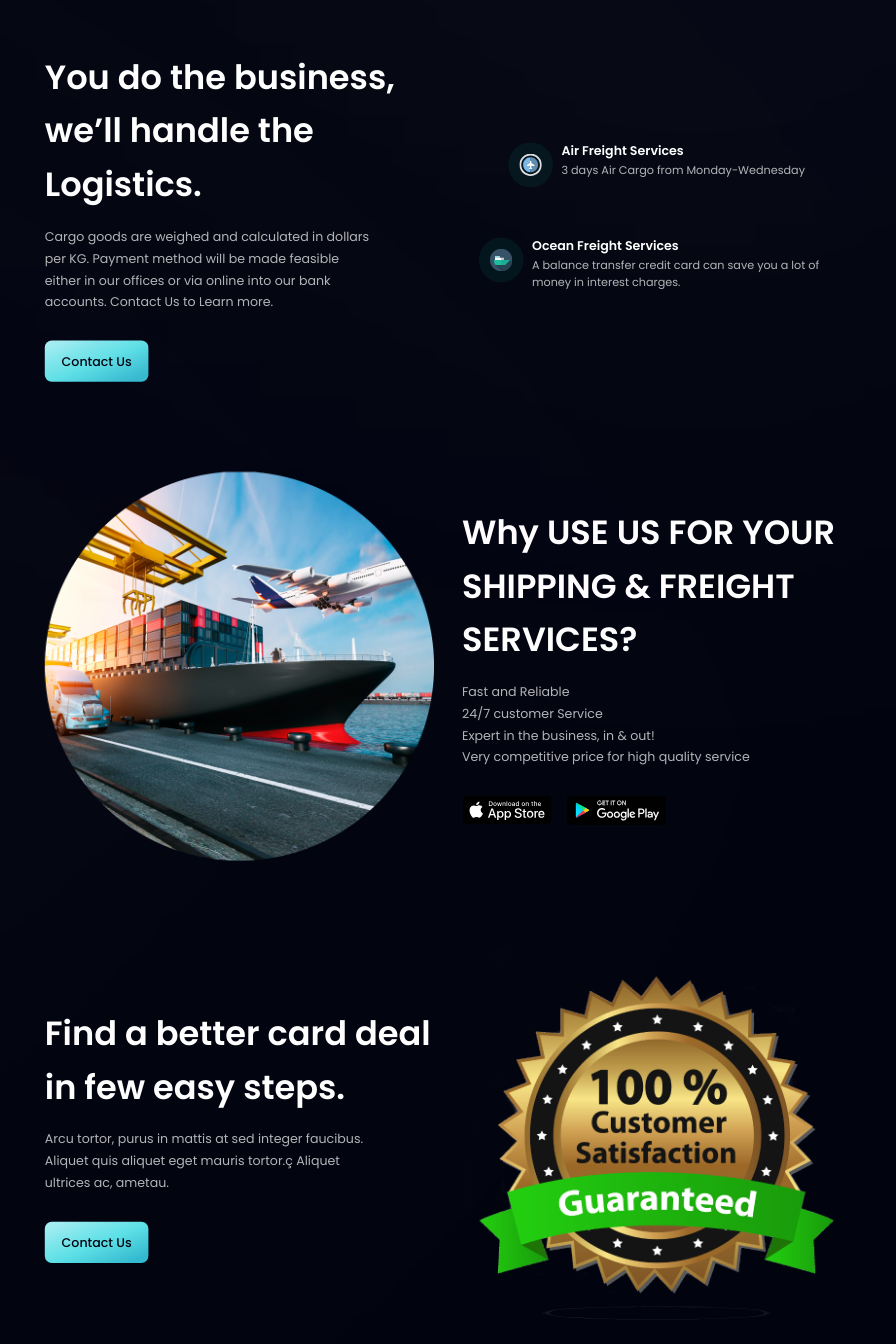
Repository: Miracleoluebube/captionlogistics
Page: /
An editor plug-in stored every save of this project. The page is shown before and after the next save, followed by the edit.
The browser window is 1280 px wide. The pictures show the part of the page from y = 1318 to 3238 px (the page is 5409 px tall), at 70% of full size.
The project was rebuilt for these pictures with package versions that can differ from the ones it lists, and the page was loaded fresh each time. Also part of the build but not shown: vite.config.js.

Above is the page before, as saved 2022-10-02 17:41:43.

### src/index.css
/* :root {
  font-family: Inter, Avenir, Helvetica, Arial, sans-serif;
  font-size: 16px;
  line-height: 24px;
  font-weight: 400;

  color-scheme: light dark;
  color: rgba(255, 255, 255, 0.87);
  background-color: #242424;

  font-synthesis: none;
  text-rendering: optimizeLegibility;
  -webkit-font-smoothing: antialiased;
  -moz-osx-font-smoothing: grayscale;
  -webkit-text-size-adjust: 100%;
}

a {
  font-weight: 500;
  color: #646cff;
  text-decoration: inherit;
}
a:hover {
  color: #535bf2;
}

body {
  margin: 0;
  display: flex;
  place-items: center;
  min-width: 320px;
  min-height: 100vh;
}

h1 {
  font-size: 3.2em;
  line-height: 1.1;
}

button {
  border-radius: 8px;
  border: 1px solid transparent;
  padding: 0.6em 1.2em;
  font-size: 1em;
  font-weight: 500;
  font-family: inherit;
  background-color: #1a1a1a;
  cursor: pointer;
  transition: border-color 0.25s;
}
button:hover {
  border-color: #646cff;
}
button:focus,
button:focus-visible {
  outline: 4px auto -webkit-focus-ring-color;
}
*/

@import url("https://fonts.googleapis.com/css2?family=Poppins:wght@400;500;600;700;800;900&display=swap");

@tailwind base;
@tailwind components;
@tailwind utilities;

:root {
  --black-gradient: linear-gradient(
    144.39deg,
    #ffffff -278.56%,
    #6d6d6d -78.47%,
    #11101d 91.61%
  );
  --card-shadow: 0px 20px 100px -10px rgba(66, 71, 91, 0.1);
}

* {
  scroll-behavior: smooth;
}

.text-gradient {
  background: radial-gradient(
    64.18% 64.18% at 71.16% 35.69%,
    #def9fa 0.89%,
    #bef3f5 17.23%,
    #9dedf0 42.04%,
    #7de7eb 55.12%,
    #5ce1e6 71.54%,
    #33bbcf 100%
  );
  -webkit-background-clip: text;
  -webkit-text-fill-color: transparent;
  background-clip: text;
  text-fill-color: transparent;
}

.bg-blue-gradient {
  background: linear-gradient(
    157.81deg,
    #def9fa -43.27%,
    #bef3f5 -21.24%,
    #9dedf0 12.19%,
    #7de7eb 29.82%,
    #5ce1e6 51.94%,
    #33bbcf 90.29%
  );
}

.bg-black-gradient {
  background: linear-gradient(
    144.39deg,
    #ffffff -278.56%,
    #6d6d6d -78.47%,
    #11101d 91.61%
  );
}

.bg-black-gradient-2 {
  background: linear-gradient(
    -168.39deg,
    #ffffff -278.56%,
    #6d6d6d -78.47%,
    #11101d 91.61%
  );
}

.bg-gray-gradient {
  background: linear-gradient(
    153.47deg,
    rgba(255, 255, 255, 0) -341.94%,
    #14101d 95.11%
  );
}

.bg-discount-gradient {
  background: linear-gradient(125.17deg, #272727 0%, #11101d 100%);
}

.box-shadow {
  box-shadow: 0px 20px 100px -10px rgba(66, 71, 91, 0.1);
}

.sidebar {
  -webkit-animation: slide-top 0.5s cubic-bezier(0.25, 0.46, 0.45, 0.94) both;
  animation: slide-top 0.5s cubic-bezier(0.25, 0.46, 0.45, 0.94) both;
}

@-webkit-keyframes slide-top {
  0% {
    -webkit-transform: translateY(100px);
    transform: translateY(100px);
  }
  100% {
    -webkit-transform: translateY(0);
    transform: translateY(0);
  }
}

@keyframes slide-top {
  0% {
    -webkit-transform: translateY(100px);
    transform: translateY(100px);
  }
  100% {
    -webkit-transform: translateY(0);
    transform: translateY(0);
  }
}

.feature-card:hover {
  background: var(--black-gradient);
  box-shadow: var(--card-shadow);
}

.feedback-container .feedback-card:last-child {
  margin-right: 0px;
}

.feedback-card {
  background: transparent;
}

.feedback-card:hover {
  background: var(--black-gradient);
}

.blue__gradient {
  background: linear-gradient(180deg, rgba(188, 165, 255, 0) 0%, #214d76 100%);
  filter: blur(123px);
}

.pink__gradient {
  background: linear-gradient(90deg, #f4c4f3 0%, #fc67fa 100%);
  filter: blur(900px);
}

.white__gradient {
  background: rgba(255, 255, 255, 0.6);
  filter: blur(750px);
}


@media (prefers-color-scheme: light) {
  :root {
    color: #213547;
    background-color: #ffffff;
  }
  a:hover {
    color: #747bff;
  }
  button {
    background-color: #f9f9f9;
  }
}

### src/style.js
const styles = {
  boxWidth: "xl:max-w-[1280px] w-full",

  heading2: "font-poppins font-semibold xs:text-[48px] text-[40px] text-white xs:leading-[76.8px] leading-[66.8px] w-full",
  paragraph: "font-poppins font-normal text-dimWhite text-[18px] leading-[30.8px]",

  flexCenter: "flex justify-center items-center",
  flexStart: "flex justify-center items-start",

  paddingX: "sm:px-16 px-6",
  paddingY: "sm:py-16 py-6",
  padding: "sm:px-16 px-6 sm:py-12 py-4",

  marginX: "sm:mx-16 mx-6",
  marginY: "sm:my-16 my-6",
};

export const layout = {
  section: `flex md:flex-row flex-col ${styles.paddingY}`,
  sectionReverse: `flex md:flex-row flex-col-reverse ${styles.paddingY}`,

  sectionImgReverse: `flex-1 flex ${styles.flexCenter} md:mr-10 mr-0 md:mt-0 mt-10 relative`,
  sectionImg: `flex-1 flex ${styles.flexCenter} md:ml-10 ml-0 md:mt-0 mt-10 relative`,

  sectionInfo: `flex-1 ${styles.flexStart} flex-col`,
};

export default styles;

### src/components/Navbar.jsx
import { useState } from "react";

import { close, logo, menu } from "../assets";
import { navLinks } from "../constants";

const Navbar = () => {
  const [active, setActive] = useState("Home");
  const [toggle, setToggle] = useState(false);

  return (
    <nav className="w-full flex py-6 justify-between items-center navbar">
      <img src={logo} alt="hoobank" className="w-[124px] h-[32px]" />

      <ul className="list-none sm:flex hidden justify-end items-center flex-1">
        {navLinks.map((nav, index) => (
          <li
            key={nav.id}
            className={`font-poppins font-normal cursor-pointer text-[16px] ${
              active === nav.title ? "text-white" : "text-dimWhite"
            } ${index === navLinks.length - 1 ? "mr-0" : "mr-10"}`}
            onClick={() => setActive(nav.title)}
          >
            <a href={`#${nav.id}`}>{nav.title}</a>
          </li>
        ))}
      </ul>

      <div className="sm:hidden flex flex-1 justify-end items-center">
        <img
          src={toggle ? close : menu}
          alt="menu"
          className="w-[28px] h-[28px] object-contain"
          onClick={() => setToggle(!toggle)}
        />

        <div
          className={`${
            !toggle ? "hidden" : "flex"
          } p-6 bg-black-gradient absolute top-20 right-0 mx-4 my-2 min-w-[140px] rounded-xl sidebar`}
        >
          <ul className="list-none flex justify-end items-start flex-1 flex-col">
            {navLinks.map((nav, index) => (
              <li
                key={nav.id}
                className={`font-poppins font-medium cursor-pointer text-[16px] ${
                  active === nav.title ? "text-white" : "text-dimWhite"
                } ${index === navLinks.length - 1 ? "mb-0" : "mb-4"}`}
                onClick={() => setActive(nav.title)}
              >
                <a href={`#${nav.id}`}>{nav.title}</a>
              </li>
            ))}
          </ul>
        </div>
      </div>
    </nav>
  );
};

export default Navbar;

### src/components/Billing.jsx
import { apple, bill, google } from "../assets";
import styles, { layout } from "../style";

const Billing = () => (
  <section id="product" className={layout.sectionReverse}>
    <div className={layout.sectionImgReverse}>
      <img src={bill} alt="billing" className="w-[100%] h-[100%] relative z-[5]" />

      {/* gradient start */}
      <div className="absolute z-[3] -left-1/2 top-0 w-[50%] h-[50%] rounded-full white__gradient" />
      <div className="absolute z-[0] w-[50%] h-[50%] -left-1/2 bottom-0 rounded-full pink__gradient" />
      {/* gradient end */}
    </div>

    <div className={layout.sectionInfo}>
      <h2 className={styles.heading2}>
        Why USE US FOR YOUR  <br className="sm:block hidden" /> SHIPPING &
        FREIGHT SERVICES?

      </h2>
      <p  className={`${styles.paragraph} max-w-[470px] mt-5`}>
      <ol>
  <li>Fast and Reliable</li>
  <li>24/7 customer Service</li>
  <li>Expert in the business, in & out!</li>
  <li>Very competitive price for high quality service</li>
  <li></li>
</ol>
      </p>

      <div className="flex flex-row flex-wrap sm:mt-10 mt-6">
        <img src={apple} alt="google_play" className="w-[128.86px] h-[42.05px] object-contain mr-5 cursor-pointer" />
        <img src={google} alt="google_play" className="w-[144.17px] h-[43.08px] object-contain cursor-pointer" />
      </div>
    </div>
  </section>
);

export default Billing;

### src/components/CardDeal.jsx
import { card } from "../assets";
import styles, { layout } from "../style";
import Button from "./Button";

const CardDeal = () => (
  <section id="contact Us" className={layout.section}>
    <div className={layout.sectionInfo}>
      <h2 className={styles.heading2}>
        Find a better card deal <br className="sm:block hidden" /> in few easy
        steps.
      </h2>
      <p className={`${styles.paragraph} max-w-[470px] mt-5`}>
        Arcu tortor, purus in mattis at sed integer faucibus. Aliquet quis
        aliquet eget mauris tortor.ç Aliquet ultrices ac, ametau.
      </p>

      <Button styles={`mt-10`} />
    </div>

    <div className={layout.sectionImg}>
      <img src={card} alt="billing" className="w-[100%] h-[100%]" />
    </div>
  </section>
);

export default CardDeal;

### src/components/Business.jsx
import { features } from "../constants";
import styles, { layout } from "../style";
import Button from "./Button";

const FeatureCard = ({ icon, title, content, index }) => (
  <div className={`flex flex-row p-6 rounded-[20px] ${index !== features.length - 1 ? "mb-6" : "mb-0"} feature-card`}>
    <div className={`w-[64px] h-[64px] rounded-full ${styles.flexCenter} bg-dimBlue`}>
      <img src={icon} alt="star" className="w-[50%] h-[50%] object-contain" />
    </div>
    <div className="flex-1 flex flex-col ml-3">
      <h4 className="font-poppins font-semibold text-white text-[18px] leading-[23.4px] mb-1">
        {title}
      </h4>
      <p className="font-poppins font-normal text-dimWhite text-[16px] leading-[24px]">
        {content}
      </p>
    </div>
  </div>
);

const Business = () =>  (
  <section id="features" className={layout.section}>
    <div className={layout.sectionInfo}>
      <h2 className={styles.heading2}>
        You do the business, <br className="sm:block hidden" /> we’ll handle
        the Logistics.
      </h2>
      <p className={`${styles.paragraph} max-w-[470px] mt-5`}>
        Cargo goods are weighed and calculated in dollars per KG.
      Payment method will be made feasible either in our offices or via online
      into our bank accounts.
      Contact Us to Learn more.
      </p>

      <Button styles={`mt-10`} />
    </div>

    <div className={`${layout.sectionImg} flex-col`}>
      {features.map((feature, index) => (
        <FeatureCard key={feature.id} {...feature} index={index} />
      ))}
    </div>
  </section>
);

export default Business;

### src/components/CTA.jsx
import styles from "../style";
import Button from "./Button";

const CTA = () => (
  <section className={`${styles.flexCenter} ${styles.marginY} ${styles.padding} sm:flex-row flex-col bg-black-gradient-2 rounded-[20px] box-shadow`}>
    <div className="flex-1 flex flex-col">
      <h2 className={styles.heading2}>Let’s try our service now!</h2>
      <p className={`${styles.paragraph} max-w-[470px] mt-5`}>
        Everything you need to accept card payments and grow your business
        anywhere on the planet.
      </p>
    </div>

    <div  className={`${styles.flexCenter} sm:ml-10 ml-0 sm:mt-0 mt-10`}>
      <Button />
    </div>
  </section>
);

export default CTA;

### src/components/Stats.jsx
import { stats } from "../constants";
import styles from "../style";

const Stats = () => (
  <section className={`${styles.flexCenter} flex-row flex-wrap sm:mb-20 mb-6`}>
    {stats.map((stat) => (
      <div key={stat.id} className={`flex-1 flex justify-start items-center flex-row m-3`} >
        <h4 className="font-poppins font-semibold xs:text-[40.89px] text-[30.89px] xs:leading-[53.16px] leading-[43.16px] text-white">
          {stat.value}
        </h4>
        <p className="font-poppins font-normal xs:text-[20.45px] text-[15.45px] xs:leading-[26.58px] leading-[21.58px] text-gradient uppercase ml-3">
          {stat.title}
        </p>
      </div>
    ))}
  </section>
);

export default Stats;

### src/components/Footer.jsx
import styles from "../style";
import { logo } from "../assets";
import { footerLinks, socialMedia } from "../constants";

const Footer = () => (
  <section className={`${styles.flexCenter} ${styles.paddingY} flex-col`}>
    <div className={`${styles.flexStart} md:flex-row flex-col mb-8 w-full`}>
      <div className="flex-[1] flex flex-col justify-start mr-10">
        <img
          src={logo}
          alt="hoobank"
          className="w-[266px] h-[72.14px] object-contain"
        />
        <p className={`${styles.paragraph} mt-4 max-w-[312px]`}>
         Head Office address: Number 10&11, A.O plaza, ground floor,
         Mandilas market Lagos island
        </p>
      </div>

      <div className="flex-[1.5] w-full flex flex-row justify-between flex-wrap md:mt-0 mt-10">
        {footerLinks.map((footerlink) => (
          <div key={footerlink.title} className={`flex flex-col ss:my-0 my-4 min-w-[150px]`}>
            <h4 className="font-poppins font-medium text-[18px] leading-[27px] text-white">
              {footerlink.title}
            </h4>
            <ul className="list-none mt-4">
              {footerlink.links.map((link, index) => (
                <li
                  key={link.name}
                  className={`font-poppins font-normal text-[16px] leading-[24px] text-dimWhite hover:text-secondary cursor-pointer ${
                    index !== footerlink.links.length - 1 ? "mb-4" : "mb-0"
                  }`}
                >
                  {link.name}
                </li>
              ))}
            </ul>
          </div>
        ))}
      </div>
    </div>

    <div className="w-full flex justify-between items-center md:flex-row flex-col pt-6 border-t-[1px] border-t-[#3F3E45]">
      <p className="font-poppins font-normal text-center text-[18px] leading-[27px] text-white">
        Copyright Ⓒ 2022. CaptionLogistics. All Rights Reserved.
      </p>

      <div className="flex flex-row md:mt-0 mt-6">
        {socialMedia.map((social, index) => (
          <img
            key={social.id}
            src={social.icon}
            alt={social.id}
            className={`w-[21px] h-[21px] object-contain cursor-pointer ${
              index !== socialMedia.length - 1 ? "mr-6" : "mr-0"
            }`}
            onClick={() => window.open(social.link)}
          />
        ))}
      </div>
    </div>
  </section>
);

export default Footer;

### src/components/Testimonials.jsx
import { feedback } from "../constants";
import styles from "../style";
import FeedbackCard from "./FeedbackCard";

const Testimonials = () => (
  <section id="clients" className={`${styles.paddingY} ${styles.flexCenter} flex-col relative `}>
    <div className="absolute z-[0] w-[60%] h-[60%] -right-[50%] rounded-full blue__gradient bottom-40" />

    <div className="w-full flex justify-between items-center md:flex-row flex-col sm:mb-16 mb-6 relative z-[1]">
      <h2 className={styles.heading2}>
        What People are <br className="sm:block hidden" /> saying about us
      </h2>
      <div className="w-full md:mt-0 mt-6">
        <p className={`${styles.paragraph} text-left max-w-[450px]`}>
          Everything you need to accept card payments and grow your business
          anywhere on the planet.
        </p>
      </div>
    </div>

    <div className="flex flex-wrap sm:justify-start justify-center w-full feedback-container relative z-[1]">
      {feedback.map((card) => <FeedbackCard key={card.id} {...card} />)}
    </div>
  </section>
);

export default Testimonials;

### src/components/Hero.jsx
import styles from "../style";
import { discount, robot } from "../assets";
import GetStarted from "./GetStarted";

const Hero = () => {
  return (
    <section id="home" className={`flex md:flex-row flex-col ${styles.paddingY}`}>
      <div className={`flex-1 ${styles.flexStart} flex-col xl:px-0 sm:px-16 px-6`}>
        <div className="flex flex-row items-center py-[6px] px-4 bg-discount-gradient rounded-[10px] mb-2">
          <img src={discount} alt="discount" className="w-[32px] h-[32px]" />
          <p className={`${styles.paragraph} ml-2`}>
            <span className="text-white">Call us </span> +234{" "}
            <span className="text-white">806 {" "} 750 {" "} 7539</span>
          </p>
        </div>

        <div className="flex flex-row justify-between items-center w-full">
          <h1 className="flex-1 font-poppins font-semibold ss:text-[72px] text-[52px] text-white ss:leading-[100.8px] leading-[75px]">
            Your trusted <br className="sm:block hidden" />{" "}
            <span className="text-gradient">Freight & Shipping</span>{" "}
          </h1>
          <div className="ss:flex hidden md:mr-4 mr-0">
            <GetStarted />
          </div>
        </div>

        <h1 className="font-poppins font-semibold ss:text-[68px] text-[52px] text-white ss:leading-[100.8px] leading-[75px] w-full">
  company From Turkey to Nigeria.
        </h1>
        <p className={`${styles.paragraph} max-w-[470px] mt-5`}>
          We are a  full-service Cargo and Logistics
          company registered under the federal Republic of Nigeria that offers freight
          and shipping of goods from Turkey
          to Nigeria.Our Mission is to retain our leadership
          in providing affordable
          & efficient service. Visit us Today.
        </p>
      </div>

      <div className={`flex-1 flex ${styles.flexCenter} md:my-0 my-10 relative`}>
        <img src={robot} alt="billing" className="w-[100%] h-[100%] relative z-[5]" />

        {/* gradient start */}
        <div className="absolute z-[0] w-[40%] h-[35%] top-0 pink__gradient" />
        <div className="absolute z-[1] w-[80%] h-[80%] rounded-full white__gradient bottom-40" />
        <div className="absolute z-[0] w-[50%] h-[50%] right-20 bottom-20 blue__gradient" />
        {/* gradient end */}
      </div>

      <div className={`ss:hidden ${styles.flexCenter}`}>
        <GetStarted />
      </div>
    </section>
  );
};

export default Hero;

### src/assets/index.js
import airbnb from "./airbnb.png";
import bill from "./bill.png";
import binance from "./binance.png";
import card from "./card.png";
import coinbase from "./coinbase.png";
import dropbox from "./dropbox.png";
import logo from "./logo.svg";
import quotes from "./quotes.svg";
import robot from "./robot.png";
import send from "./Send.svg";
import shield from "./Shield.svg";
import star from "./Star.svg";
import menu from "./menu.svg";
import close from "./close.svg";
import google from "./google.svg";
import apple from "./apple.svg";
import arrowUp from "./arrow-up.svg";
import discount from "./Discount.svg";
import facebook from "./facebook.svg";
import instagram from "./instagram.svg";
import linkedin from "./linkedin.svg";
import twitter from "./twitter.svg";
import people01 from "./people01.png";
import people02 from "./people02.png";
import people03 from "./people03.png";

export {
  airbnb,
  bill,
  binance,
  card,
  coinbase,
  dropbox,
  logo,
  quotes,
  robot,
  send,
  shield,
  star,
  menu,
  close,
  google,
  apple,
  arrowUp,
  discount,
  facebook,
  instagram,
  linkedin,
  twitter,
  people01,
  people02,
  people03,
};

### src/components/Button.jsx
import React from "react";

const Button = ({ styles }) => (
  <a href="https://wa.me/2348067507539">
  <button  type="button" className={`py-4 px-6 font-poppins font-medium text-[18px] text-primary bg-blue-gradient rounded-[10px] outline-none ${styles}`}>
    Contact Us
  </button>
  </a>
);



export default Button;

### src/components/FeedbackCard.jsx
import { quotes } from "../assets";

const FeedbackCard = ({ content, name, title, img }) => (
  <div className="flex justify-between flex-col px-10 py-12 rounded-[20px]  max-w-[370px] md:mr-10 sm:mr-5 mr-0 my-5 feedback-card">
    <img src={quotes} alt="double_quotes" className="w-[42.6px] h-[27.6px] object-contain" />
    <p className="font-poppins font-normal text-[18px] leading-[32.4px] text-white my-10">
      {content}
    </p>

    <div className="flex flex-row">
      <img src={img} alt={name} className="w-[48px] h-[48px] rounded-full" />
      <div className="flex flex-col ml-4">
        <h4 className="font-poppins font-semibold text-[20px] leading-[32px] text-white">
          {name}
        </h4>
        <p className="font-poppins font-normal text-[16px] leading-[24px] text-dimWhite">
          {title}
        </p>
      </div>
    </div>
  </div>
);


export default FeedbackCard;

### src/components/GetStarted.jsx
import styles from "../style";
import { arrowUp } from "../assets";

const GetStarted = () => (
  <div className={`${styles.flexCenter} w-[140px] h-[140px] rounded-full bg-blue-gradient p-[2px] cursor-pointer`}>
    <div className={`${styles.flexCenter} flex-col bg-primary w-[100%] h-[100%] rounded-full`}>
      <div className={`${styles.flexStart} flex-row`}>
        <p className="font-poppins font-medium text-[18px] leading-[23.4px]">
          <span className="text-gradient">Track Your</span>
        </p>
        <img src={arrowUp} alt="arrow-up" className="w-[23px] h-[23px] object-contain" />
      </div>

      <p className="font-poppins font-medium text-[18px] leading-[23.4px]">
        <span className="text-gradient">Goods</span>
      </p>
    </div>
  </div>
);

export default GetStarted;

Loaded but not shown: index.html (common file); src/main.jsx (common file); src/App.jsx (common file); src/components/index.js (common file); src/components/Clients.jsx (common file); tailwind.config.cjs (common file); src/constants/index.js (203 lines, source omitted)

After the next save:
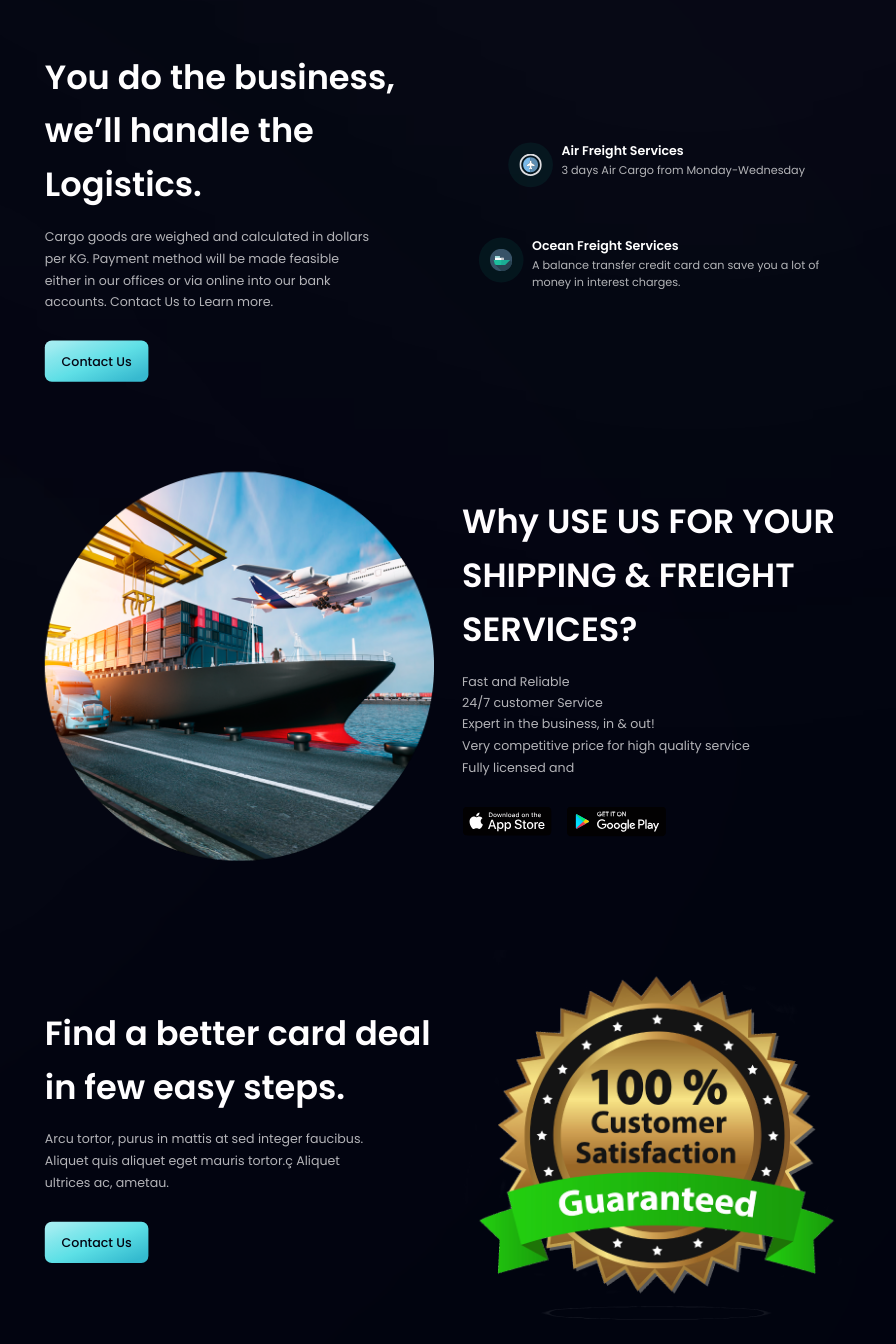
Saved 10 s later.
--- a/src/components/Billing.jsx
+++ b/src/components/Billing.jsx
@@ -24,7 +24,7 @@
   <li>24/7 customer Service</li>
   <li>Expert in the business, in & out!</li>
   <li>Very competitive price for high quality service</li>
-  <li></li>
+  <li>Fully licensed and </li>
 </ol>
       </p>
 
